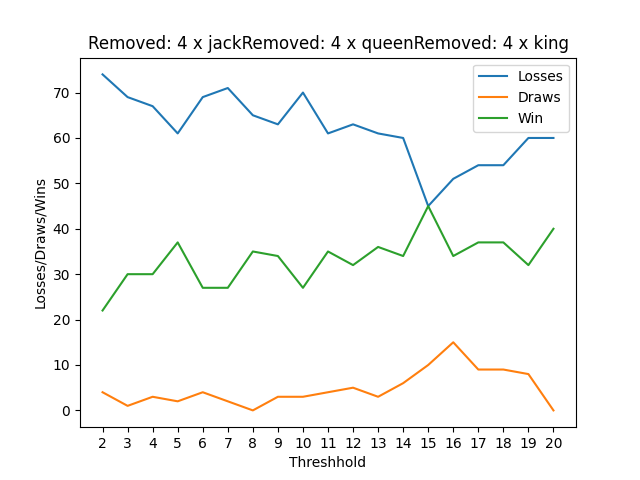
Repository: hosua/blackjack-cs241
Script's output: python main.py
An editor plug-in stored every save of this project. The script's output is shown before and after the next save, followed by the edit.
Random numbers start from a fixed seed.

Above is the script's output before, as saved 2022-12-12 15:08:32.

### main.py
'''
A simple blackjack game
'''

import time
import collections
from card_style import make_card
from card_engine import *
from matplotlib import pyplot as plt
import tester
import numpy as np


if __name__ == "__main__":
    # number of trials
    trials = 100


    """ run without modified deck """
    # stats_dict = tester.run(trials)

    """ run with modified deck """
    # ranks = ["Ace", "9", "8"]
    # frequencies = [4, 3, 2]

    # remove all face cards
    ranks = ["jack", "queen", "king"]
    frequencies = [4, 4, 4]

    stats_dict = tester.run_with_modified_deck(trials, ranks, frequencies)

    tester.print_stats_dict(stats_dict)

    np_thresh, np_loss, np_draw, np_win = tester.get_data_lists(stats_dict)

    # Generate datetime string to use as output filename
    dt_str = tester.get_datetime()

    tester.graph_data(trials, np_thresh, np_loss, np_draw, np_win, ranks, frequencies, dt_str)

    tester.dump_json(stats_dict, dt_str)

### card_style.py
def make_card(card):
    look = []
    rank = card.get_rank()
    suit = card.get_suit()
    look.append("┌─────────┐")
    look.append("|{}       |")
    look.append("|    .    |")
    look.append("|   / \   |")
    look.append("|  (_ _)  |")
    look.append("|    |    |")
    look.append("|       {}|")
    look.append("└─────────┘")

    covered = []
    covered.append("┌─────────┐")
    covered.append("|\ ~ ~ ~ /|")
    covered.append("| }}}:{{{ |")
    covered.append("| }}}:{{{ |")
    covered.append("| }}}:{{{ |")
    covered.append("| }}}:{{{ |")
    covered.append("|/ ~ ~ ~ \|")
    covered.append("└─────────┘")

    if suit == "C" and rank == "Covered":
        return covered

    rank_len = len(rank)
    if rank_len == 1:
        x = ("|", rank, "        |")
        look[1] = "".join(x)
        x = ("|       ", rank, " |")
        look[6] = "".join(x)

    if rank_len == 2:
        x = ("|", rank, "       |")
        look[1] = "".join(x)
        x = ("|       ", rank, "|")
        look[6] = "".join(x)

    if rank_len > 2:
        x = ("|", rank[:1], "        |")
        look[1] = "".join(x)
        x = ("|       ", rank[:1], " |")
        look[6] = "".join(x)

    if suit == "Diamonds":
        look[2] = "|    ^    |"
        look[3] = "|   / \   |"
        look[4] = "|   \ /   |"
        look[5] = "|    .    |"

    if suit == "Clubs":
        look[2] = "|    _    |"
        look[3] = "|   ( )   |"
        look[4] = "|  (_'_)  |"
        look[5] = "|    |    |"

    if suit == "Hearts":
        look[2] = "|   _ _   |"
        look[3] = "|  ( v )  |"
        look[4] = "|   \ /   |"
        look[5] = "|    .    |"


    return look

def make_cover(card):

    covered = []
    covered.append("┌─────────┐")
    covered.append("|\ ~ ~ ~ /|")
    covered.append("| }}}:{{{ |")
    covered.append("| }}}:{{{ |")
    covered.append("| }}}:{{{ |")
    covered.append("| }}}:{{{ |")
    covered.append("|/ ~ ~ ~ \|")
    covered.append("└─────────┘")

    return look

### card_engine.py
'''
Card engine that generates a deck of cards
'''
from card_style import make_card
import random

# Dicts for suits and ranks of cards
SUITS = {0: "Clubs",
         1: "Diamonds",
         2: "Hearts",
         3: "Spades"
        }

RANKS = {1: "Ace",
         2: "2",
         3: "3",
         4: "4",
         5: "5",
         6: "6",
         7: "7",
         8: "8",
         9: "9",
         10: "10",
         11: "Jack",
         12: "Queen",
         13: "King"
        }

# Creates a card object
class Card:
    def __init__(self, suit, rank):
        self.suit = suit
        self.rank = rank

    def get_suit(self):
        return self.suit

    def get_rank(self):
        return self.rank

# Creates a deck object, init a fresh new deck when created
class Deck:
    def __init__(self, name):
        self.name = name
        self.deck = []
        self.create_deck()

    # Creates the deck by adding cards into self.deck
    def create_deck(self):
        # Refreshes the deck
        self.deck = []

        # Add cards to the deck
        for i in range(len(SUITS)):
            for j in range(1, 14):
                self.deck.append(Card(SUITS[i], RANKS[j]))

        self.shuffle()

    """
    Remove cards by rank from the deck
    input dict format =  {
        {rank: freq},
        {rank: freq},
           .
           .
           .
    }
    """
    def remove_from_deck(self, card_types: dict):

        for rank in card_types:
            freq = card_types[rank]
            for card in self.deck:
                if card.rank.lower() == rank.lower():
                    self.deck.remove(card)
                    freq -= 1
                if freq == 0:
                    break

    # Shuffle the deck
    def shuffle(self):
        random.shuffle(self.deck)
        return self.deck

    # Show all cards in current deck, passes choice argument for face up or down cards
    def show_info(self, choice=''):
        if len(self.deck) == 0:
            print("\nNo cards left in deck, resetting deck")
            self.create_deck()

        elif choice == 'u':
            print_neutral(self.deck)
        elif choice == 'd':
            print_face_down(self.deck)

        #print("------------------")
        #for i in range(len(self.deck)):
        #    print(self.deck[i].get_rank(), "of", self.deck[i].get_suit())
        #print("------------------")

    # Returns the no. of cards in the deck
    def get_len_deck(self):
        return len(self.deck)

    # Pop a card from deck and returns a card
    def draw_card(self):
        if len(self.deck) == 0:
            print("\nNo cards left in deck, resetting deck.")
            self.create_deck()
        else:
            drawn_card = self.deck.pop()
            # print("\nYou drew a card. (Show hand to show card drawn)")

            return drawn_card

    # Pop a specified no. of cards and return a list of cards
    def draw_cards(self, num_cards):
        drawn_cards = []
        if len(self.deck) < num_cards:
            print("\nNot enough cards left in deck, resetting deck.")
            self.create_deck()
        else:
            for i in range(num_cards):
                drawn_cards.append(self.deck.pop())
            # print("\nCards drawn. (Show hand to show cards drawn)")

        return drawn_cards

# Create cards on hand, optional: takes a list of cards as argument
class Hand:
    def __init__(self, hand=None):
        if hand is None:
            self.hand = []
        else:
            self.hand = hand

    def get_hand(self):
        return self.hand

    # Append a card to the list of cards in hand
    def add_card(self, card):
        self.hand.append(card)

    # Append a list of cards to the list of cards in hand
    def add_cards(self, cards):
        self.hand.extend(cards)

    # Show all the cards in hand
    def show_info(self, num=0):
        if len(self.hand) == 0:
            print("\nNo cards in hand")
        elif len(self.hand) == 1:
            if num > 0:
                self.hand[0] = Card("C", "Covered")
                print("\nCards in hand:")
                print("\n".join(map("".join, zip((make_card(self.hand[0]))))))
        else:
            if num > 0:
                print_neutral(card_specified(self.hand, num))
            else:
                print_neutral(self.hand)

       # print("------------------")
       # for i in range(len(self.hand)):
       #     print(self.hand[i].get_rank(), "of", self.hand[i].get_suit())
       # print("------------------")

    # Returns the no. of cards on hand
    def get_len_hand(self):
        return len(self.hand)

    # Clears cards in hand
    def reset_hand(self):
        self.hand = []


# Returns a list of card with specified number of face up and face down cards
def card_specified(cards, num):
    opened_list = []
    closed_list = []

    # Add face up cards to opened_list
    for x in range(len(cards) - num):
        opened_list.append(cards[x])

    # Add face down cards to closed_list
    for y in range(num):
        closed_list.append(Card("C", "Covered"))

    # Add face down cards into list with face up cards
    opened_list.extend(closed_list)

    return opened_list


# Prints out all cards faced up, formatted 9 per row. Takes a list of cards as argument
def print_neutral(cards):
    limit = 9    # slice end point
    start = 0    # slice start point
    length = len(cards)

    while True:
        if length < 10 and length != 0:
            print("\n".join(map("".join, zip(*(make_card(c) for c in cards[start:limit])))))
            break
        elif length == 0:
            break
        else:
            print("\n".join(map("".join, zip(*(make_card(c) for c in cards[start:limit])))))
            length -= 9
            start += 9
            limit += 9


# Prints out all cards faced down, formatted 9 per row. Takes a list of cards as argument
def print_face_down(cards):
    limit = 9   # slice end point
    start = 0   # slice start point
    covered = []
    length = len(cards)

    # Makes a new list of all face down cards
    for i in range(length):
        covered.append(Card("C", "Covered"))

    while True:
        if length < 10 and length != 0:
            print("\n".join(map("".join, zip(*(make_card(c) for c in covered[start:limit])))))
            break
        elif length == 0:
            break
        else:
            print("\n".join(map("".join, zip(*(make_card(c) for c in covered[start:limit])))))
            length -= 9
            start += 9
            limit += 9

# Resets the deck and hand
def wipe(deck, hand):
    deck.create_deck()
    hand.reset_hand()
    print("\nHand and deck resetted")

# Call to run card engine tester in main
def play():

    deck = Deck("deck")
    hand = Hand()
    print("\nWelcome to the Card Engine!")
    print("---------------------------")

    while True:
        choice = input("\n1. Show deck\n2. Show hand\n3. Draw card(s)\n4. Shuffle deck\n"
                        + "5. Reset hand & deck\nQ. Quit\n\n")
        if choice == '1':
            while True:
                user = input("\nShow faced up or down? (U for up, D for down)\n")
                if (user.lower() != 'u') and (user.lower() != 'd'):
                    continue
                else:
                    deck.show_info(user.lower())
                    break
        elif choice == '2':
            while True:
                if hand.get_len_hand() != 0:
                    user = input("\nHow many cards faced down?\n")
                    if not(user.isnumeric()):
                        continue
                    elif int(user) > hand.get_len_hand():
                        print("\nNot enough cards, pick a different number.\n")
                        continue
                    else:
                        hand.show_info(int(user))
                        break
                else:
                    hand.show_info()
                    break
        elif choice == '3':
            while True:
                user = input("\nDraw how many cards?\n")
                if not(user.isnumeric()):
                    continue
                elif int(user) == 1:
                    drew = deck.draw_card()
                    hand.add_card(drew)
                    break
                elif int(user) > 1:
                    drew = deck.draw_cards(int(user))
                    hand.add_cards(drew)
                    break
                else:
                    continue
        elif choice == '4':
            deck.shuffle()
            print("\nDeck shuffled.")
        elif choice == '5':
            wipe(deck, hand)
        elif choice.lower() == 'q':
            print("\nOkay bye.")
            quit()
        else:
            continue

### tester.py
from card_engine import *
from card_handler import *
from matplotlib import pyplot as plt
import numpy as np
import json
from datetime import datetime
import os

# Where all gathered data will be saved
SAVE_DIR = 'data'

"""
Note: If you are reading this, you should call the run() or run_with_modified_deck() functions, do not call
auto_play() directly.

Runs hit_thresh number of trials. If a card_types value is passed, remove those card_types from the deck.
Hits when below hit threshhold.

Returns values:
0 - player lost
1 - draw
2 - player win

Only plays a single game, we should probably consider setting up different game scenarios as well
to make game decisions based on the cards remaining in the deck.
"""
### TODO: learn some numpy later so we can make some nice graphs ###
# array size = 20-2 = 18
def init_stats_dict():
    stats_dict = dict()
    for i in range(2,21):
        stats_dict[i] = {'lose': 0, 'draw': 0, 'win': 0}
    return stats_dict

def print_stats_dict(d: dict):
    for key in d:
        print(f"threshhold: {key}")
        for v in d[key]:
            print(f"{v} : {d[key][v]}", end="\t")
        print()

def auto_play(hit_thresh: int, card_types: dict=None) -> int:
    # Creates deck for game
    deck = Deck("Blackjack")

    player = Hand()
    dealer = Hand()

    # modify the deck if card_types parameter passed
    if card_types:
        deck.remove_from_deck(card_types)

    dealer_start(dealer, deck)
    player_start(player, deck)
    while True:
        if total_value(player) == 21:
            dealer_open(dealer)
            if total_value(dealer) != 21:
                print("Blackjack! Player wins!\n")
                return 2
            else:
                print("Tie!\n")
                return 1
        # below threshhold, hit
        if total_value(player) < hit_thresh:
            p_hit(player, deck)
            if total_value(player) == 21:
                dealer_open(dealer)
                if total_value(dealer) == 21:
                    print("Tie!\n")
                    return 1
                else:
                    print("Blackjack! Player wins!\n")
                    return 2
            elif total_value(player) > 21:
                print("Player bust! Player loses!\n")
                return 0
        # above threshhold, stand
        else:
            if total_value(dealer) < 17:
                while total_value(dealer) < 17:
                    d_hit(dealer, deck)

                if total_value(dealer) == total_value(player):
                    print("Tie!\n")
                    return 1
                elif total_value(dealer) == 21:
                    print("Player loses!\n")
                    return 0
                elif total_value(dealer) > 21:
                    print("Dealer bust! Player wins!\n")
                    return 2
                elif total_value(dealer) > total_value(player):
                    print("Player loses!\n")
                    return 0
                else:
                    print("Player wins!\n")
                    return 2
            else:
                dealer_open(dealer)
                if total_value(dealer) == total_value(player):
                    print("Tie!\n")
                    return 1
                if total_value(dealer) == 21:
                    print("Player loses!\n")
                    return 0
                if total_value(dealer) > 21:
                    print("Dealer bust! Player wins!\n")
                    return 2
                if total_value(dealer) > total_value(player):
                    print("Player loses!\n")
                    return 0
                else:
                    print("Player wins!\n")
                    return 2


def run(trials: int) -> dict:
    stats_dict: dict
    thresh_min: int
    thresh_max: int
    res: int # 0 -> lose, 1 -> draw, 2 -> win

    stats_dict = init_stats_dict()
    thresh_min, thresh_max = 2, 20
    for thresh in range(thresh_min, thresh_max+1):
        for trial in range(trials):
            res = auto_play(thresh)
            if res == 0:
                stats_dict[thresh]['lose'] += 1
            elif res == 1:
                stats_dict[thresh]['draw'] += 1
            elif res == 2:
                stats_dict[thresh]['win'] += 1

    print(f"{trials} trials were ran with no modifications to the deck")
    return stats_dict

def run_with_modified_deck(trials: int, ranks: list[str], frequencies: list[int]) -> dict:

    if len(ranks) != len(frequencies):
        print("ERROR: length of frequences must match length of ranks")
        exit()

    card_types = dict(zip(ranks, frequencies))

    stats_dict: dict
    thresh_min: int
    thresh_max: int
    res: int # 0 -> lose, 1 -> draw, 2 -> win

    stats_dict = init_stats_dict()
    thresh_min, thresh_max = 2, 20
    for thresh in range(thresh_min, thresh_max+1):
        for trial in range(trials):
            res = auto_play(thresh, card_types)
            if res == 0:
                stats_dict[thresh]['lose'] += 1
            elif res == 1:
                stats_dict[thresh]['draw'] += 1
            elif res == 2:
                stats_dict[thresh]['win'] += 1
            else:
                print("ERROR: trial didn't result in anything!")
                exit()
    print("--------------------------------------------")
    print(f"{trials} trials were ran with the following modifications to the deck:")
    for i in range(len(ranks)):
        rank = ranks[i]
        freq = frequencies[i]
        print(f"Removed {freq} x {rank} cards\n")
    print("--------------------------------------------")
    return stats_dict

def get_data_lists(stats_dict: dict):
    thresh_lst = []
    loss_lst = []
    draw_lst = []
    win_lst = []
    for key in stats_dict:
        thresh_lst.append(key)
        loss_lst.append(stats_dict[key]['lose'])
        draw_lst.append(stats_dict[key]['draw'])
        win_lst.append(stats_dict[key]['win'])

    np_thresh = np.array(thresh_lst)
    np_loss = np.array(loss_lst)
    np_draw = np.array(draw_lst)
    np_win = np.array(win_lst)

    return np_thresh, np_loss, np_draw, np_win

def graph_data(trials: int, np_thresh, np_loss, np_draw, np_win, ranks: list[str], frequencies: list[int], dt_str: str):
    x_ticks = range(2, 21)
    y_ticks = range(0, trials, int(trials/10))
    # x = np.arange(2,20)
    # y = 2*x+5
    output = ""
    for i in range(len(ranks)):
        output += f"Removed: {frequencies[i]} x {ranks[i]}"
    # plt.title(f"Trials: {trials}\t{output}")
    plt.title(f"{output}")
    plt.xticks(x_ticks)
    plt.yticks(y_ticks)
    plt.xlabel("Threshhold")
    plt.ylabel("Losses/Draws/Wins")
    plt.plot(np_thresh, np_loss, label='Losses')
    plt.plot(np_thresh, np_draw, label='Draws')
    plt.plot(np_thresh, np_win, label='Win')
    plt.legend(loc="upper right")
    output_fname = f"{SAVE_DIR}/{dt_str}.png"
    plt.savefig(output_fname)
    print(f"Saved graph to {output_fname}")
    plt.show()

""" Used for generating unique file name """
def get_datetime() -> str:
    curr_dt = datetime.now()
    dt_str = curr_dt.strftime("%Y-%m-%d_%H-%M-%S")
    return dt_str

""" Dump stats_dict into json file """
def dump_json(stats_dict: dict, dt_str: str):

    if not os.path.exists(SAVE_DIR):
        os.makedirs(SAVE_DIR)

    output_fname = f"{SAVE_DIR}/{dt_str}.json"

    with open(output_fname, "w") as f:
        json.dump(stats_dict, f, indent=2)
    print(f"Dumped data to {output_fname}")

### card_handler.py
import time
import collections
from card_style import make_card
from card_engine import *
import tester

def value(hand):
    value = 0
    cards = hand.get_hand()
    if len(cards[0].get_rank()) > 2 and cards[0].get_rank() != 'Ace':
        value += 10
    elif cards[0].get_rank() == 'Ace':
        value += 11
    else:
        value += int(cards[0].get_rank())
    return value

def ranks(hand):
    ranks = []
    for card in hand.get_hand():
        ranks.append(card.get_rank())
    return ranks

def duplicate(ranks):
    if len(ranks) != len(set(ranks)):
        return True
    else:
        return False

def m_aces(counter):
    dupes = []
    for key in counter.keys():
        if counter[key] > 1:
            dupes.append(key)
    if 'Ace' in dupes:
        return True
    else:
        return False

def calc_value(hand):
    value = 0
    for card in hand.get_hand():
        if len(card.get_rank()) > 2 and card.get_rank() != 'Ace':
            value += 10
        elif card.get_rank() == 'Ace':
            value += 1
        else:
            value += int(card.get_rank())
    return value

def total_value(hand):
    value = 0
    for card in hand.get_hand():
        if len(card.get_rank()) > 2 and card.get_rank() != 'Ace':
            value += 10
        elif card.get_rank() == 'Ace':
            value += 11
        else:
            value += int(card.get_rank())

        if value > 21:
            if duplicate(ranks(hand)):
                counter = collections.Counter(ranks(hand))
                if m_aces(counter):
                    value = calc_value(hand)
                    value += 10
                    if value > 21:
                        return calc_value(hand)
                else:
                    return calc_value(hand)
            else:
                return calc_value(hand)
    return value

def player_start(hand, deck):
    '''
    drew = []
    a = Card('Clubs', '5')
    b = Card('Diamonds', '3')
    drew.append(a)
    drew.append(b)
    '''
    drew = deck.draw_cards(2)
    hand.add_cards(drew)
    print('Player hand:', total_value(hand))
    hand.show_info()

def dealer_start(hand, deck):
    drew = deck.draw_cards(2)
    hand.add_cards(drew)
    print('\nDealer hand:', value(hand))
    hand.show_info(1)

def dealer_open(hand):
    print('\nDealer hand:', total_value(hand))
    hand.show_info()

def p_hit(hand, deck):
    '''
    draw = []
    a = Card('Hearts', '5')
    b = Card('Spades', '3')
    c = Card('Diamonds', 'Ace')
    draw.append(a)
    draw.append(b)
    draw.append(c)
    '''
    draw = deck.draw_card()
    hand.add_card(draw)
    print('\nPlayer hand:', total_value(hand))
    hand.show_info()

def d_hit(hand, deck):
    draw = deck.draw_card()
    hand.add_card(draw)
    print('\nDealer hand:', total_value(hand))
    hand.show_info()

After the next save:
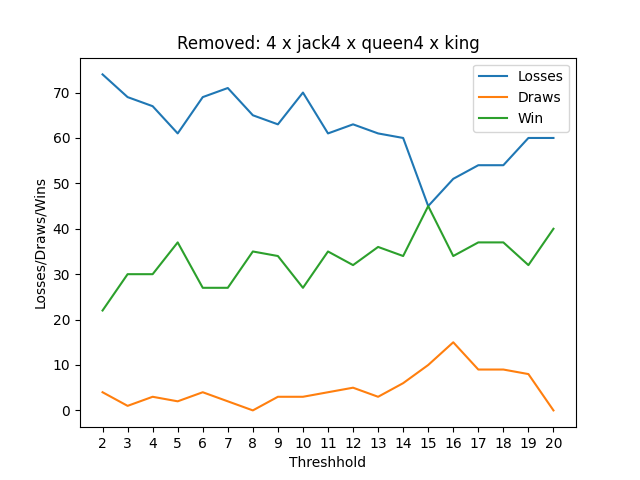
Saved 28 s later.
--- a/tester.py
+++ b/tester.py
@@ -195,9 +195,9 @@ def graph_data(trials: int, np_thresh, np_loss, np_draw, np_win, ranks: list[str
     y_ticks = range(0, trials, int(trials/10))
     # x = np.arange(2,20)
     # y = 2*x+5
-    output = ""
+    output = "Removed: "
     for i in range(len(ranks)):
-        output += f"Removed: {frequencies[i]} x {ranks[i]}"
+        output += f"{frequencies[i]} x {ranks[i]}"
     # plt.title(f"Trials: {trials}\t{output}")
     plt.title(f"{output}")
     plt.xticks(x_ticks)
